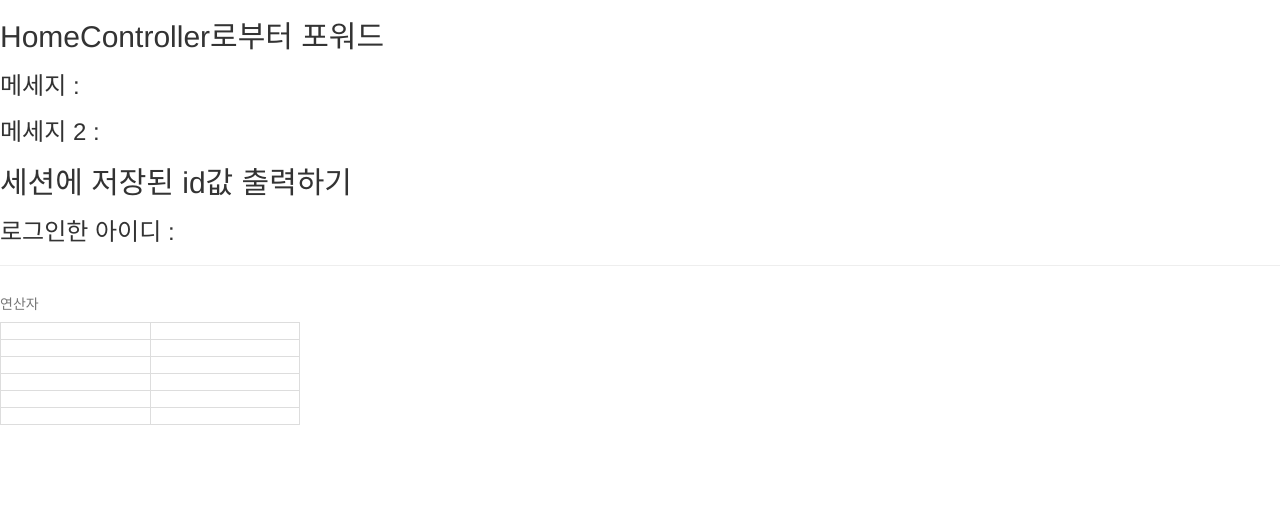
Repository: Juheekim1207/Javawork
Page: http://localhost/SpringEx1/WEB-INF/views/result1.jsp
These files come from the project's save history. The page is drawn as it stood at one moment and after the next save; the edit follows.
The browser window is 1280 px wide. The pictures show the whole page.
Some web fonts or font styles are not loaded; a fallback is used. The page is served by Tomcat 9. Nobody is signed in. The template is opened directly, without the code that normally fills it, so the values that code supplies are empty.

Above is the page before, as saved 2022-04-26 05:12:50.

After the next save:
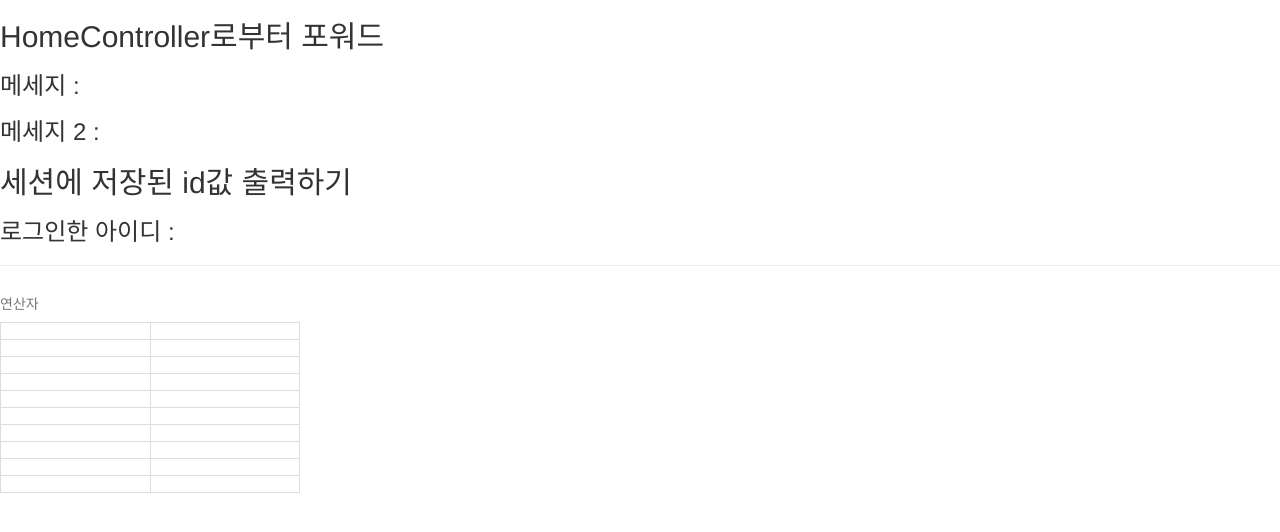
Saved 5 s later.
--- a/SpringEx1/src/main/webapp/WEB-INF/views/result1.jsp
+++ b/SpringEx1/src/main/webapp/WEB-INF/views/result1.jsp
@@ -44,6 +44,22 @@
 		<th></th>
 		<td></td>
 	</tr>
+	<tr>
+		<th></th>
+		<td></td>
+	</tr>
+	<tr>
+		<th></th>
+		<td></td>
+	</tr>
+	<tr>
+		<th></th>
+		<td></td>
+	</tr>
+	<tr>
+		<th></th>
+		<td></td>
+	</tr>
 </table>
 
 </body>
